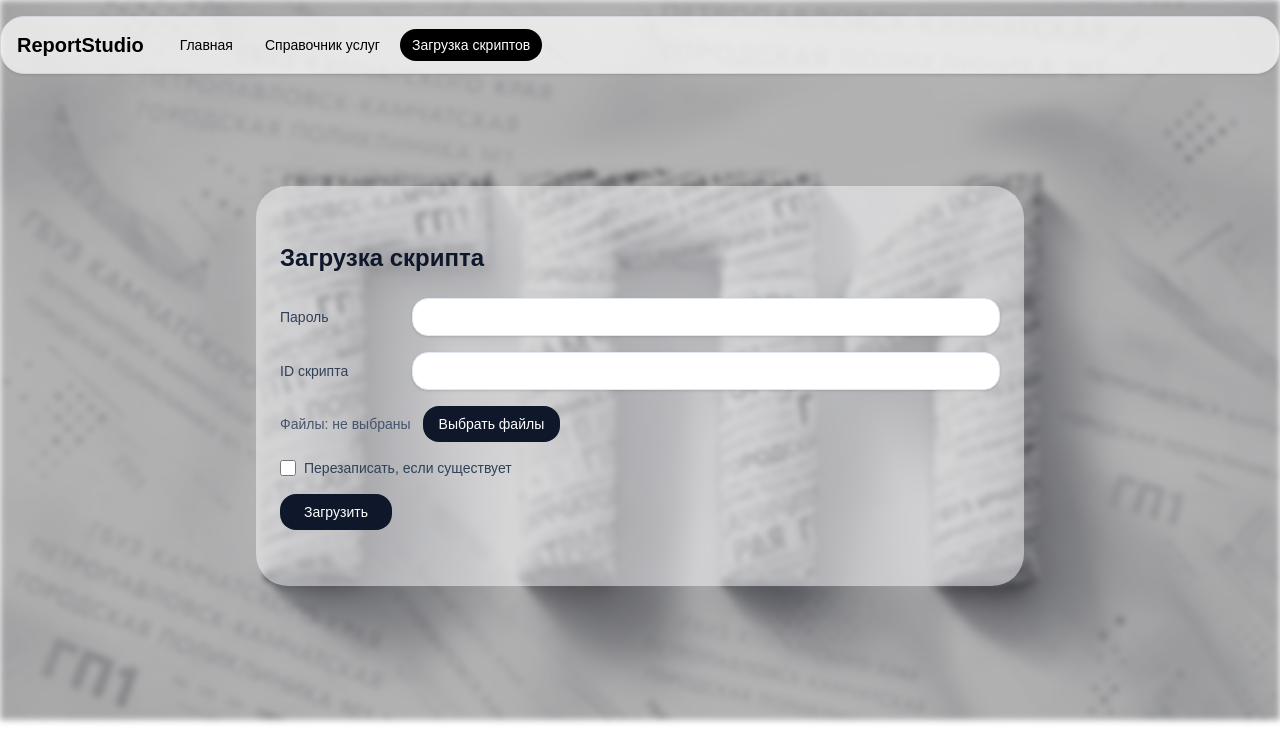
Repository: vladzap2423/report_studio_v2
Page: /load
An editor plug-in stored every save of this project. The page is shown before and after the next save, followed by the edit.
The browser window is 1280 px wide. The pictures show the whole page.
The project was rebuilt for these pictures with package versions that can differ from the ones it lists, and the page was loaded fresh each time. The framework's server and built-in components were replaced by stand-ins that run in the browser. Also part of the build but not shown: next.config.ts.

Above is the page before, as saved 2026-03-17 15:25:02.

After the next save:
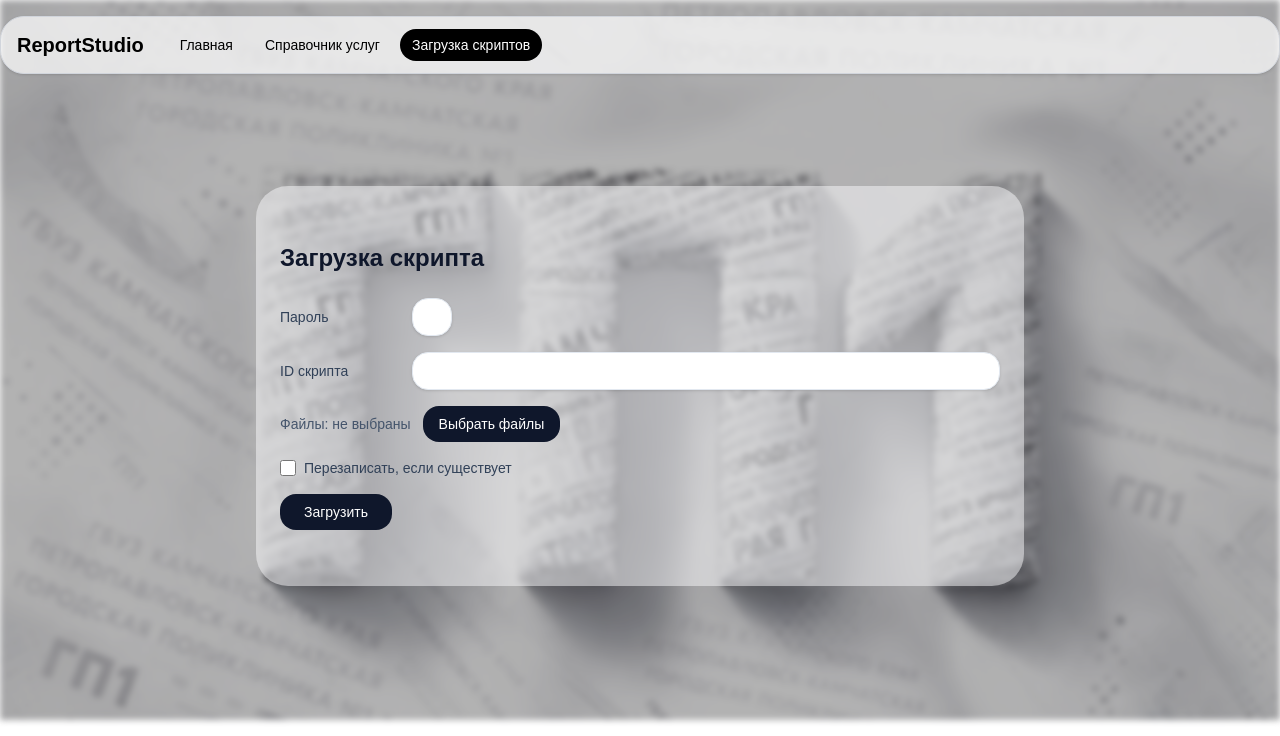
Saved 22 s later.
--- a/src/app/load/page.tsx
+++ b/src/app/load/page.tsx
@@ -62,7 +62,7 @@ export default function LoadPage() {
             type="password"
             value={password}
             onChange={(e) => setPassword(e.target.value)}
-            className="w-full rounded-2xl border border-slate-200 bg-white px-4 py-2 text-sm text-slate-900 shadow-sm focus:outline-none focus:ring-4 focus:ring-slate-200"
+            className="w-10 rounded-2xl border border-slate-200 bg-white px-4 py-2 text-sm text-slate-900 shadow-sm focus:outline-none focus:ring-4 focus:ring-slate-200"
           />
         </div>
 
